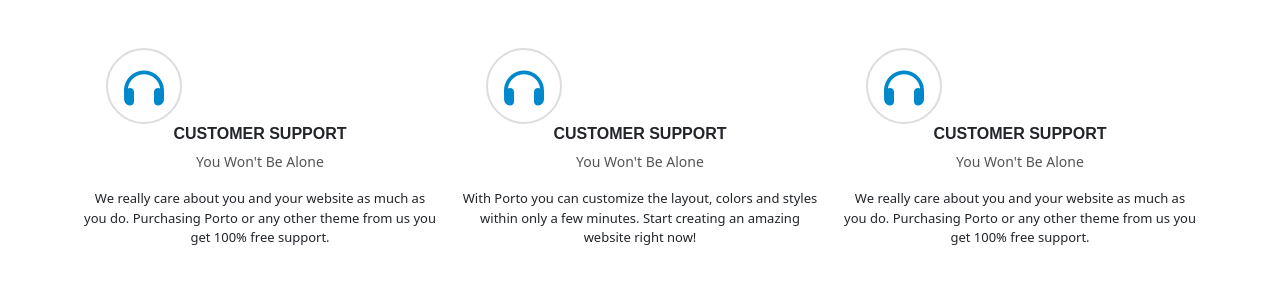
Repository: NguyenDo13/BE2-NhomH
Page: module-9/index/index.html
These files come from the project's save history. The page is drawn as it stood at one moment and after the next save; the edit follows.
The browser window is 1280 px wide. The pictures show the whole page.

Above is the page before, as saved 2022-05-15 11:55:27.

After the next save:
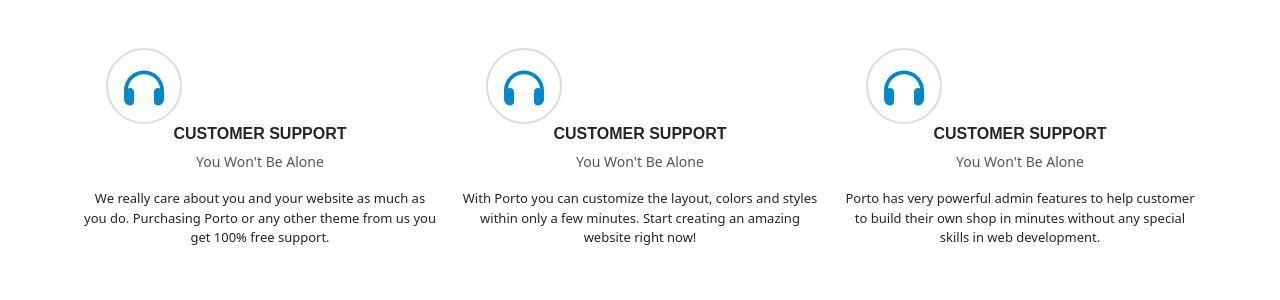
Saved 7 s later.
--- a/module-9/index/index.html
+++ b/module-9/index/index.html
@@ -73,8 +73,7 @@
                             <p style="font-weight: 500; font-size: 14px; line-height: 22px; color: #555555;">You Won't Be Alone</p>
                         </div>
                         <div class="portodescription" style="font-size: 13px">
-                            We really care about you and your website as much as you do. Purchasing Porto or any other theme from us you get 100% free support.
-                        </div>
+                            Porto has very powerful admin features to help customer to build their own shop in minutes without any special skills in web development. </div>
                     </div>
                 </div>
             </div>
